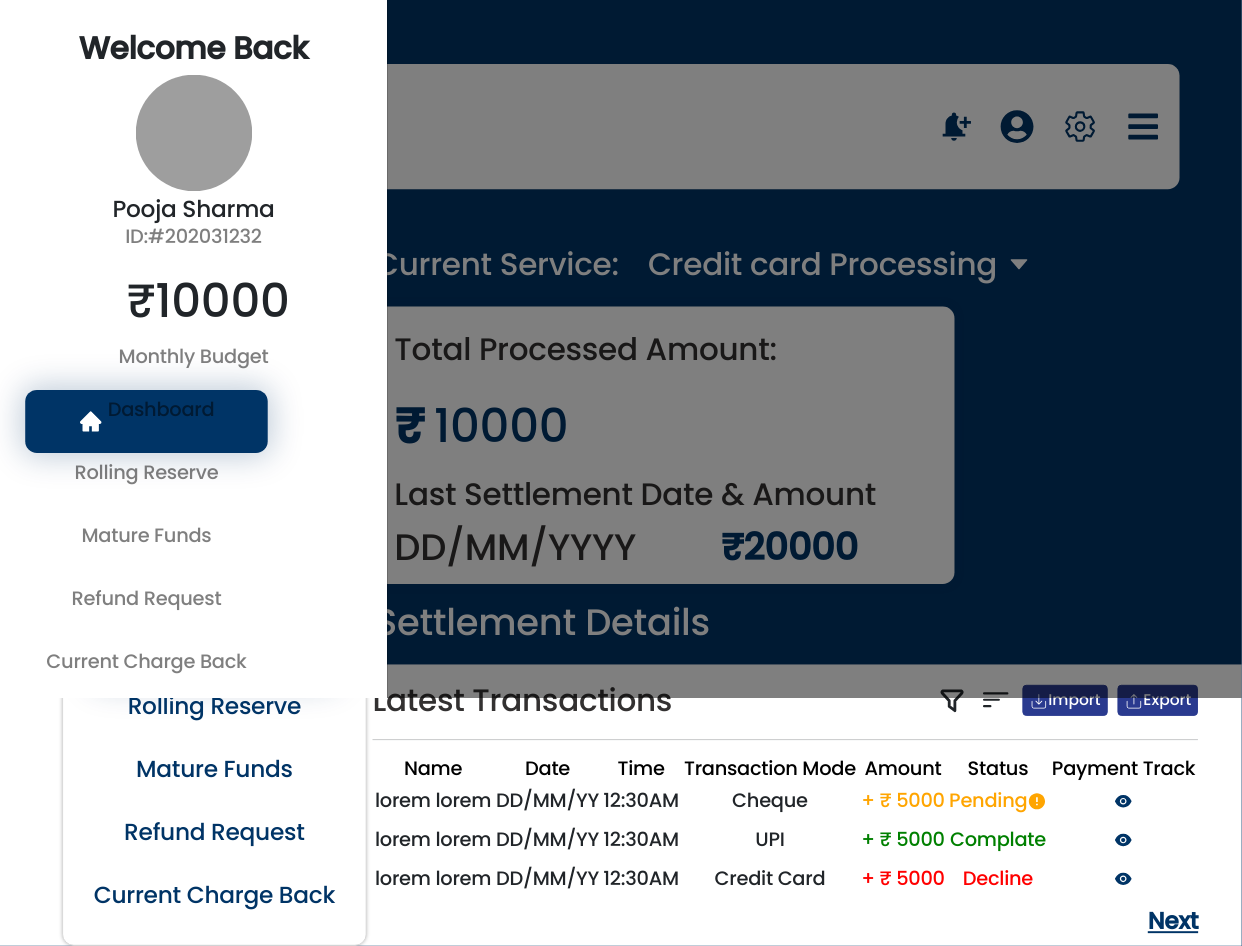
Repository: FlyweisReact/Prashant
Page: /dashboard, after clicking the first element matching `svg.bars`
These files come from the project's save history. The page is drawn as it stood at one moment and after the next save; the edit follows.
The browser window is 1280 px wide. The pictures show the whole page, at 97% of full size.
Pictures or frames that could not be fetched are drawn as grey boxes. Some web libraries are served in a nearby version. The project was rebuilt for these pictures with package versions that can differ from the ones it lists, and the page was loaded fresh each time. Also part of the build but not shown: src/Pages/CryptoPayment.jsx, src/Pages/CurrentCharge.jsx, src/Styles/Login.module.css, src/Components/Login/LoginFirstSection.jsx, src/Components/Login/LoginMainSection.jsx, src/Pages/Login.jsx, src/Pages/MatureFund.jsx, src/Pages/OpenBanking.jsx and 12 more.

Above is the page before, as saved 2023-03-23 17:59:09.

After the next save:
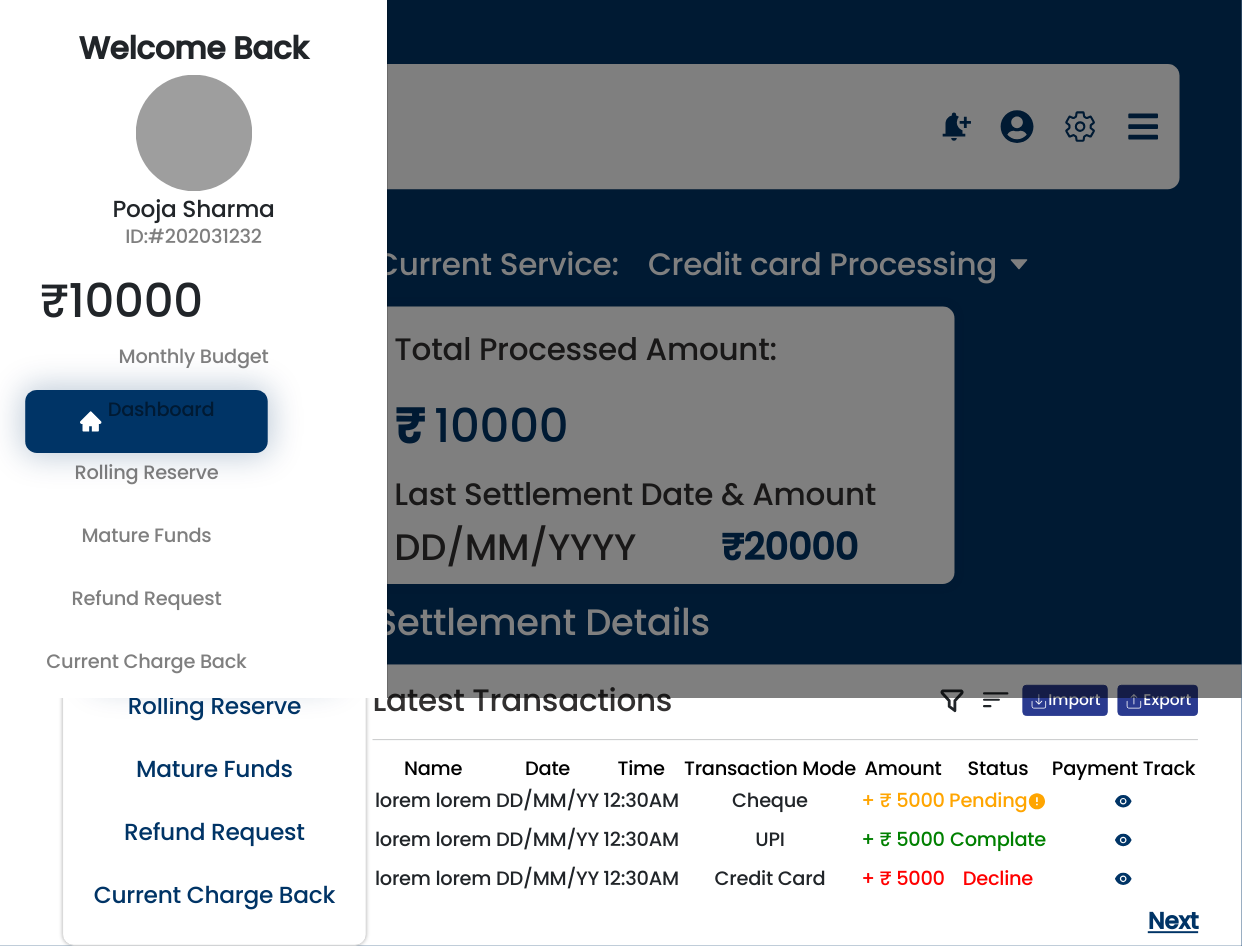
Saved 6 s later.
--- a/src/App.css
+++ b/src/App.css
@@ -211,8 +211,8 @@
   margin: 0;
   text-align: center;
   letter-spacing: -0.28px;
-  display: block;
-  margin: auto;
+  /* display: block;
+  margin: auto; */
 }
 
 .offSideBarMain .LinkBox{

After the save that followed:
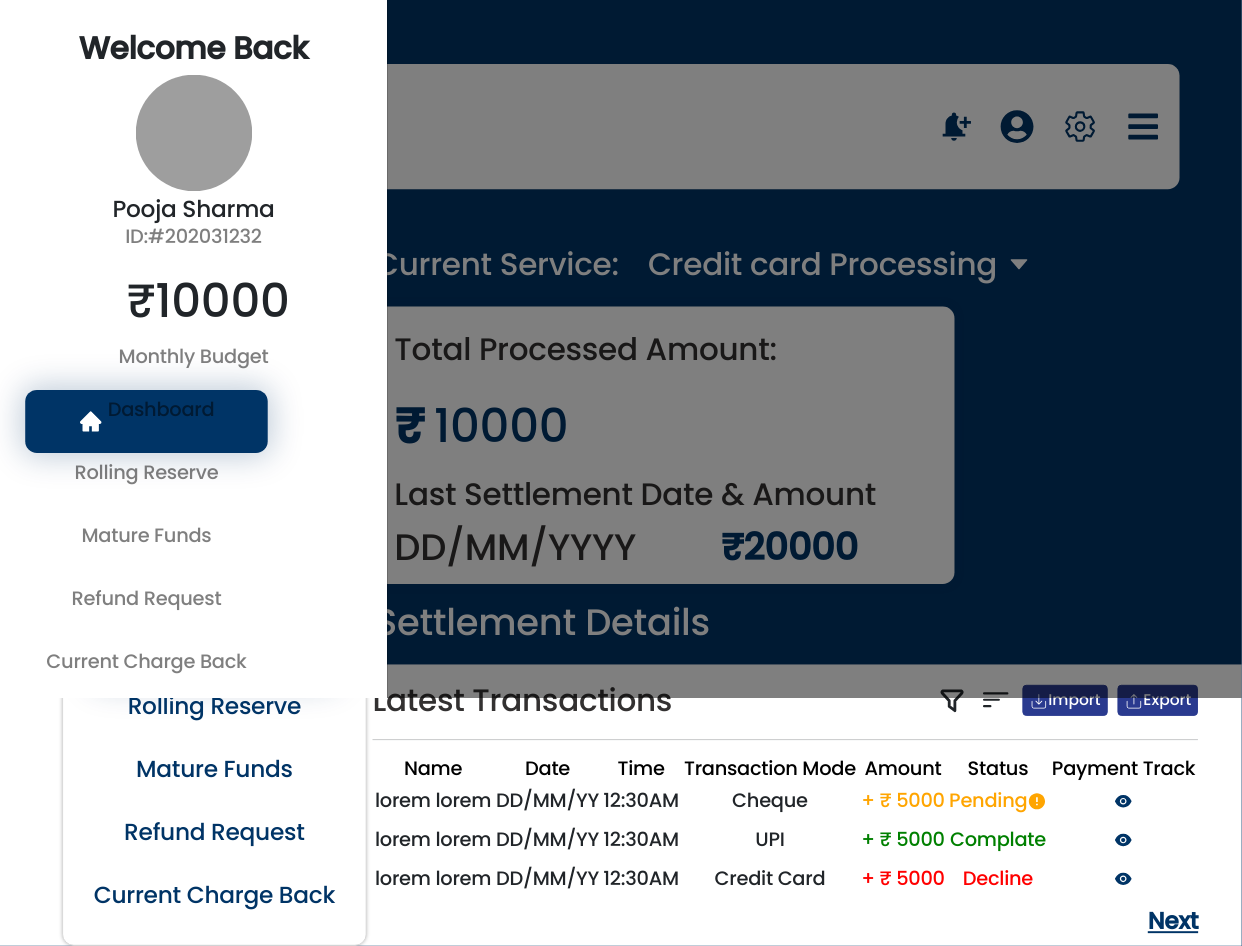
Saved 4 s later.
--- a/src/App.css
+++ b/src/App.css
@@ -211,8 +211,8 @@
   margin: 0;
   text-align: center;
   letter-spacing: -0.28px;
-  /* display: block;
-  margin: auto; */
+  display: block;
+  margin: auto;
 }
 
 .offSideBarMain .LinkBox{
